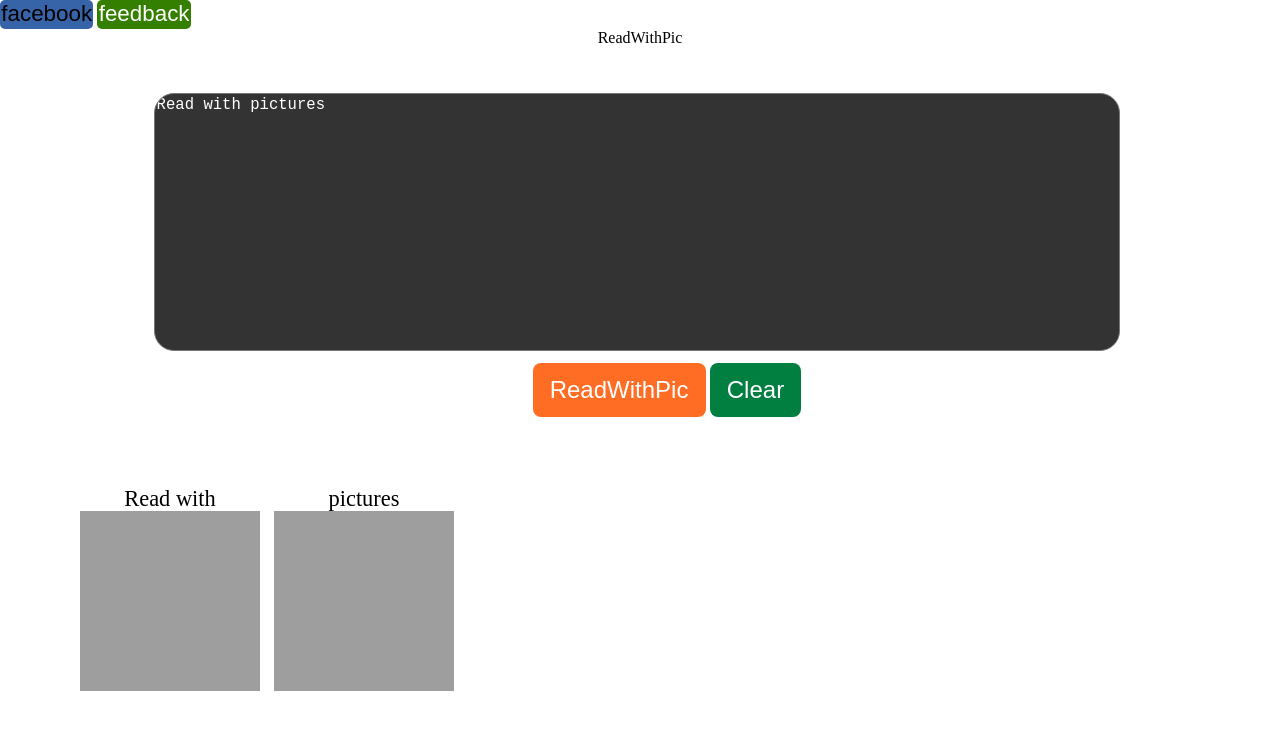
Repository: readwithpic/readwithpic.github.io
Page: index.html
The author's editor kept a record of every edit. The page is drawn from the files as they stood at one moment, then again after the next edit.
The browser window is 1280 px wide. The pictures show the whole page.
Pictures or frames that could not be fetched are drawn as grey boxes. Some web libraries are served in a nearby version.

Above is the page before.
Console error: TypeError: Cannot read properties of undefined (reading 'length')

### index.html
<!DOCTYPE html>
<html>
    <head>
        <meta charset="utf-8">
        <link rel="stylesheet" type="text/css" href="style.css" />
        <script src="https://ajax.googleapis.com/ajax/libs/jquery/2.1.3/jquery.min.js"></script>
        <script type="text/javascript" src="jscript.js"></script>
    </head>

    <body>
        <!-- <button type="button" id="feedback">Feedback</button>-->
        <!--Facebook Code-->
         <div class="social">
               <button type="button" class="facebook"><a href="http://readwithpic.github.io" class="bLink">facebook</a></button>
               <button type="button" class="feedback">feedback</button>
         </div>
        <div class="logo"><a href="http://readwithpic.github.io">ReadWithPic</a></div>
        <div id="textBox">
               <div>
                      <button type="button" id="roundB"><p class="msg">C..</p></button>
                      <button type="button" id="closeB"><p class="msg">X</p></button>
               </div>

                <div>
                    <textarea rows="10" cols="80" id="textInput" name="texthere">Read with pictures</textarea>
                </div>

                <div class="mainGroup">
                    <div class="group">
                        <div id="buttonSpin">
                            <div class="spinner">
                                <div class="bounce1"></div>
                                <div class="bounce2"></div>
                                <div class="bounce3"></div>
                            </div>
                        </div>
                         <button type="button" id="convert" >ReadWithPic</button>
                        <button type="button" id="clear">Clear</button>
                    </div>
                </div>
        </div>

        <div class="front">
            <ul>
                  <li class="showIt"><figure><img src="http://www.auburn.edu/academic/education/reading_genie/navig/read.gif" height=180 width=180>
                    <figcaption><p class='withPic'>Read with</p></figcaption></figure></li>
                      <li class="showIt"><figure><img src="https://pbs.twimg.com/profile_images/425063504039538688/sO0mRdKW.jpeg" height=180 width=180>
                    <figcaption><p class='withPic'>pictures</p></figcaption></figure></li>

            </ul>
        </div>
        <!--debug
          <button type="button" id="loadme">Load</button>
            <button type="button" id="debug">debug</button>
           -->
        <div id="display">
                 <ul>
                     <li id="listLoad">
                        <div id="loadingSpin">
                            <div class="spinner">
                                <div class="bounce1"></div>
                                <div class="bounce2"></div>
                                <div class="bounce3"></div>
                            </div>
                        </div>
                    </li>
                </ul>
            </div>
            <div><span id="sDebug"> </span><span id="what"></span></div>
    </body>
</html>

### style.css
html, body { height: 100%; width: 100%; margin: 0; }


.logo{
    text-align:center;
    cursor:hand;
}

.facebook{
   text-align:center;
   background-color: #3763A8;
   color: white;
   font-size: 1.4em;
   text-decoration: none;
   padding: 0.1% 0.1% ;
   border: none;
   border-radius:5px;
}


.facebook:hover{
    background-color:#3b5998;
}

.facebook:active{
    background-color:#3763A8;
}

.feedback{
   text-align:center;
   background-color: #357F00;
   color: white;
   font-size: 1.4em;
   text-decoration: none;
   padding: 0.1% 0.1% ;
   border: none;
   border-radius:5px;
}


.feedback:hover{
    background-color:#077F03;
}

.feedback:active{
    background-color:#357F00;
}



a:link {
    color:black;
    text-decoration: none;
}

a:visited {
    color:black;
    text-decoration: none;
}

a:hover {
    text-decoration: none;
}

a:active {
    text-decoration: none;

}

.fb-like{
    width:200px;
}

li {
    display: inline-block;
    text-align:center;
    height:250px;
    padding-left:-100px;
}

.showIt{
    display:inline-block;
}

img{
    margin-right:-70px;
    float:left;
    padding:0px 0px 0px 0px;
}

#searchbox {
    width:600px;
    height:200px;
}

p {
 display:inline;
}

.withPic{
    font-size:1.4em;
    position:relative;
    left:35px;
    top:-205px;
    z-index:-1;
}
.onlyText{
 margin-left:4px;
}

#sDebug{
    background-color:brown;
}

#what{
    background-color:red;
}

/*half page div box */
#textBox{
  position:absolute;
  width:100%;
  height:50%;
}

textarea{
    -webkit-overflow-scrolling: touch;
}

#textInput{
    color:white;
    font-size:1.2em;
    position:absolute;
    display:block;
    resize:none;
    top:13%;
    left:12%;
    width:75%;
    height:70%;
    background-color:#333333;
    -moz-border-radius: 10px;
    -webkit-border-radius: 10px;
    border-radius: 20px;

}

#textInput:focus{
  border-color: #FF6C24;
  outline:none;
}

.front{
    position:relative;
    top:60%;
}

.mainGroup {
    float:left;
    position:relative;
    top:88%;
    left:50%;
}

.group {
    width:215px;
    float:left;
    position:relative;
    left:-50%;
}


#convert  {
    display:inline-block;
    text-align:center;
    background-color: #FF6C24;
   -webkit-border-radius: 8px;
    -moz-border-radius: 8px;
    border-radius: 8px;
     color: white;
   font-size: 1.5em;
   text-decoration: none;
   padding: 6% 8% ;
   border: none;
   }

#convert:hover{
    background-color:#E55900;
}

#convert:active {
   background-color: #993D00;
   }

#convert:disabled{
background-color:#FFAA70;
}

#buttonSpin{
    position:absolute;
    margin-top:10%;
    margin-left:28%;
    display:none;
}

#clear{
    position:absolute;
    margin-left:4px;
    text-align:center;
    background-color: #007F41;
   -webkit-border-radius: 8px;
    -moz-border-radius: 8px;
    border-radius: 8px;
   color: white;
   font-size: 1.5em;
   text-decoration: none;
   padding: 6% 8% ;
   border: none;
   }

#clear:hover {
   background-color:  #00683B;
   }


#clear:active {
   background-color: #007F41;
   }

#roundB{
  position:fixed;
  top:1.5%;
  right:5%;
  width:50px;
  height:50px;
  background-color: #FF6C24;
  border-radius:50%;
  border: none;
  text-align:center;
  font-size:2em;
  color:white;
  display:none;
}

#roundB:hover{
    background-color:#E55900;
}
#roundB:active {
   background-color: #FF6C24;
   }


#closeB{
  position:fixed;
  top:1.5%;
  right:5%;
  width:50px;
  height:50px;
  background-color:#FF4024;
  border-radius:50%;
  border: none;
  text-align:center;
  font-size:2em;
  display:none;
}

#closeB:hover{
    background-color:#B20A00;
}
#closeB:active {
   background-color:#FF4024;
   }

/* Loading */
#listLoad{
  position:relative;
  width:180px;
  height:180px;
  display:none;
}

#loadingSpin{
    position:absolute;
    top:77px;
    left:67px;
    z-index:-2;
}


spinner {
  margin-left:100px;
  width: 70px;
  text-align: center;
}

.spinner > div {
  width: 15px;
  height: 15px;
  background-color: #333;
  border-radius: 100%;
  display: inline-block;
  -webkit-animation: bouncedelay 1.4s infinite ease-in-out;
  animation: bouncedelay 1.4s infinite ease-in-out;
  /* Prevent first frame from flickering when animation starts */
  -webkit-animation-fill-mode: both;
  animation-fill-mode: both;
}

.spinner .bounce1 {
  -webkit-animation-delay: -0.32s;
  animation-delay: -0.32s;
}

.spinner .bounce2 {
  -webkit-animation-delay: -0.16s;
  animation-delay: -0.16s;
}

/* loading end */

@-webkit-keyframes bouncedelay {
  0%, 80%, 100% { -webkit-transform: scale(0.0) }
  40% { -webkit-transform: scale(1.0) }
}

@keyframes bouncedelay {
  0%, 80%, 100% {
    transform: scale(0.0);
    -webkit-transform: scale(0.0);
  } 40% {
    transform: scale(1.0);
    -webkit-transform: scale(1.0);
  }
}

### jscript.js
var link = new Array();
var link2 = new Array();
var k, j, i, userInput, cleanSent, search, h, startNum, constantV, calNum;
var filterWords = ["is", "are", "all", "another", "any", "anybody", "anyone", "anything", "botheach", "each", "other", "either", "everybody", "everyone", "everything", "few", "he", "her", "hers", "herself", "him", "himself", "his", "it", "its", "itself", "many", "me", "mine", "more", "most", "much", "myself", "neither", "no", "one", "nobody", "none", "nothing", "another", "other", "others", "ours", "ourselves", "several", "she", "some", "somebody", "someone", "something", "their", "theirs", "them", "themselves", "these", "they", "this", "those", "us", "we", "what", "whatever", "which", "whichever", "who", "whoever", "whom", "whomever", "whose", "you", "your", "yours", "yourself", "yourselves", "that", "it's", "time", "person", "year", "way", "day", "thing", "man", "world", "life", "hand", "part", "child", "eye", "woman", "place", "work", "week", "case", "point", "government", "company", "number", "group", "problem", "fact", "be", "have", "do", "say", "get", "make", "go", "know", "take", "see", "come", "think", "look", "want", "give", "use", "find", "tell", "ask", "work", "seem", "feel", "try", "leave", "call", "good", "new", "first", "last", "long", "great", "little", "own", "other", "old", "right", "big", "high", "different", "small", "large", "next", "early", "young", "important", "few", "public", "bad", "same", "able", "to", "of", "in", "for", "on", "with", "at", "by", "from", "up", "about", "into", "over", "after", "beneath", "under", "above", "the", "and", "a", "that", "", "it", "not", "he", "as", "you", "this", "but", "his", "they", "her", "she", "or", "an", "will", "my", "one", "all", "would", "there", "their", "aboard", "about", "above", "across", "after", "against", "along", "amid", "among", "around", "as", "at", "before", "behind", "below", "beneath", "beside", "besides", "between", "beyond", "but", "by", "concerning", "considering", "despite", "down", "during", "except", "excepting", "excluding", "following", "for", "from", "in", "inside", "into", "like", "minus", "near", "of", "off", "on", "onto", "opposite", "outside", "over", "past", "per", "plus", "regarding", "round", "save", "since", "than", "through", "to", "toward", "towards", "under", "underneath", "unlike", "until", "up", "upon", "versus", "via", "with", "within", "without"];
var lastList, textInput, myScroll, loadList, count;
var $win, $doc, $list, $textArea, $roundB, $closeB,$buttonSpin;
//facebook

$(document).ready(function () {
    $list = $('li');
    textInput = $('#textInput');
    loadList = $('#listLoad');
    $win = $(window);
    $doc = $(document);
    $textArea = $('textarea');
    $roundB = $('#roundB');
    $closeB = $('#closeB');
    $buttonSpin=$('#buttonSpin');
    //$textArea.val("Read with pictures");
    $textArea.keyup(function () {
        if ($(this).val() && $('li').length > 1) {
            $('#convert').removeAttr('disabled');
        } else {
            $('#convert').attr('disabled', 'disabled');
        }
    });

    $('#convert').click(function () {
        //to avoid rapid click
        $('#convert').attr('disabled', 'disabled');
        $('.front').remove();
        //textarea control
        if (textInput.height() > 350) {
            $('#textInput').fadeOut('fast');
            $('.mainGroup').fadeOut('fast');
            $closeB.hide();
        } else {
            $('#textInput').slideUp('fast');
            $('.mainGroup').fadeOut('fast');
        }

        //grab appened list class showIt
        $('li').remove();
        //$(li).remove() removes everyting so loading is appeneded at first
        $('#display ul').append(loadList);
        //display loading
        loadList.show();
        //display round button
        $roundB.show('fast');
        $buttonSpin.show();
        count = 0;
        h = 0;
        j = 0;
        myScroll = 0;
        // default number of search images to be loaded at first
        startNum = 30;
        //constantV is assigned to calNum to load given number consistant images after each scroll
        calNum = startNum;
        link.length = 0;
        link2.length = 0;
        $('#what').empty();
        $('.onlyText').remove();
        userInput = $('textarea[name=texthere]').val();
        cleanSent = userInput.replace(/\s+/g, ' ');
        search = cleanSent.split(" ");
        callAjax(search[j]);
    });

    $('#clear').click(function () {
        $textArea.val('');
    });

    $('#roundB').click(function () {
        //display textBox at the middle of screen.
        $('#textInput').css({
            'position': 'fixed',
                'top': '11%',
                'left': '9%',
                'width': '80%',
                'height': '70%'
        });
        $('.mainGroup').css({
            'position': 'fixed',
                'top': '82%'
        });
        $('#textInput').fadeIn('fast');
        $('.mainGroup').fadeIn('fast');
        $('#closeB').show();
        $(this).hide();
    });

    //close button
    $('#closeB').click(function () {
        $('#textInput').fadeOut('fast');
        $('.mainGroup').fadeOut('fast');
        $roundB.show();
        $(this).hide();
    });

    $win.resize(function () {
        // load the rest of screen if the user reduce the zoom less than 100%
        if (lastList.offset().top < $win.height() && myScroll === 1) {
            myScroll = 1;
            $win.scroll();
        }
    });

    $win.scroll(function () {
        if ($win.scrollTop() + $win.height() > $doc.height() - $doc.height() / 4 && myScroll === 1 && j < search.length) {
            h = 0;
            //To reuse same Array link2
            link.length = 0;
            link2.length = 0;
            //load number of images after each scroll
            constantV = 10;
            //reintalize the calNum to display given constant number of images accross the screen
            calNum += constantV;
            callAjax(search[j]);
            myScroll = 0;
        } else if (j === search.length) {
            loadList.hide();
        }
    });

    //dubugging zone
    $('#debug').click(function () {
        $('#sDebug').append('<br>' + "Linklength1 : " + link.length + '<br>');
        $('#sDebug').append("Linklength2 : " + link2.length + '<br>');
        $("#sDebug").append("dubug j value :" + j + '<br>');
        $('#sDebug').append("dubug i value:" + i + '<br>');
        $('#sDebug').append("dubug count value:" + count + '<br>');
        $('#sDebug').append("dubug k value:" + k + '<br>');
    });
});

function callAjax(index) {
    var look = new URL('https://ajax.googleapis.com/ajax/services/search/images?v=1.0&q=' + index + '&callback=?');
    $.ajax({
        url: look,
        dataType: 'json',
        success: function (data) {
            if (data.responseData.results.length === 0) {
                if (j < startNum) {
                    link[j] = "http://upload.wikimedia.org/wikipedia/commons/9/98/MA_Route_blank.svg";
                    j++;
                } else {
                    link2[h] = "http://upload.wikimedia.org/wikipedia/commons/9/98/MA_Route_blank.svg";
                    j++;
                    h++;
                }
            } else {
                if (j < startNum) {
                    link[j] = data.responseData.results[0].url;
                    j++;
                } else {
                    link2[h] = data.responseData.results[0].url;
                    j++;
                    h++;
                }
            }
            //checked against the calNum to make sure it doesn't load images more then startNum(default number of images to be load at first)
            if (j < search.length && j < calNum) {
                callAjax(search[j]);
            } else {
                show();
            }
        }
    });
}

//function do display first 30 words
function show() {
    var loopNum;
    i = 0;
    //slideUp or fadeOut the textarea and button
    if (count === 0) {
        for (i; i < j; i++) {
            // $('#what').append( 'firstIvalue: ' + i);
            //indexOf(search[j]) returns -1 if the value is not present inside array search[j];
            //check if search[j] is not the first html list element
            if (filterWords.indexOf(search[i]) !== -1 && $list.length > 0) {
                $('.withPic').last().append('<p class=onlyText>' + search[i] + '</p>');
            } else {
                $('#display ul').append('<li class="showIt">' + '<figure>' + '<img src="' + link[i] + '" height=180 width=180>' +
                    '<figcaption>' + '<p class=withPic>' + search[i] + '</p>' + '</figcaption>' + '</figure>' + '</li>');
            }
        }
        $buttonSpin.hide();
        //get the last list edlement
        lastList = $('li:last').attr('class', 'showIt');

        //always put the loading at the last element
        $('#display ul').append(loadList);
        //disable this for loop
        count = 1;
        //initiate scroll
        myScroll = 1;
        //for bigger bigger resolution or screen to load more list element than intiated max startNum value
        if (lastList.offset().top < $win.height()) {
            $win.scroll();
        }

    } else {
        k = 0;
        //to run the loop if the value of constantV is less then link2.length.
        if (link2.length < constantV) {
            i = j - link2.length;
            loopNum = i + link2.length;
            //$('#what').append('<br>' + 'insideLOOPNUM: ' + loopNum);
            //Once value of j arrives here it'll be orginal value + constantV because callAjax function have already run twice
        } else {
            i = j - constantV;
            loopNum = i + constantV;
        }
        for (i; i < loopNum; i++) {
            //indexOf(search[j]) returns -1 if the value is not present inside array search[j];
            //check if search[j] is not the first html list element
            if (filterWords.indexOf(search[i]) !== -1 && $list.length > 0) {
                $('.withPic').last().append('<p class=onlyText>' + search[i] + '</p>');
            } else {
                $('#display ul').append('<li class="showIt">' + '<figure>' + '<img src="' + link2[k] + '" height=180 width=180>' +
                    '<figcaption>' + '<p class=withPic>' + search[i] + '</p>' + '</figcaption>' + '</figure>' + '</li>');
            }
            k++;
            //for debug purposes
            // $('#what').append('<br>' + 'insideIvalue: ' + i);
            // $('#what').append('<br>' + 'insideKvalue: ' + k);
            // $('#what').append('<br>' + 'insideJvalue: ' + j);
        }
        $('#display ul').append(loadList);
        myScroll = 1;
        if (lastList.offset().top < $win.height()) {
            $win.scroll();
        }
    }
}

After the next edit:
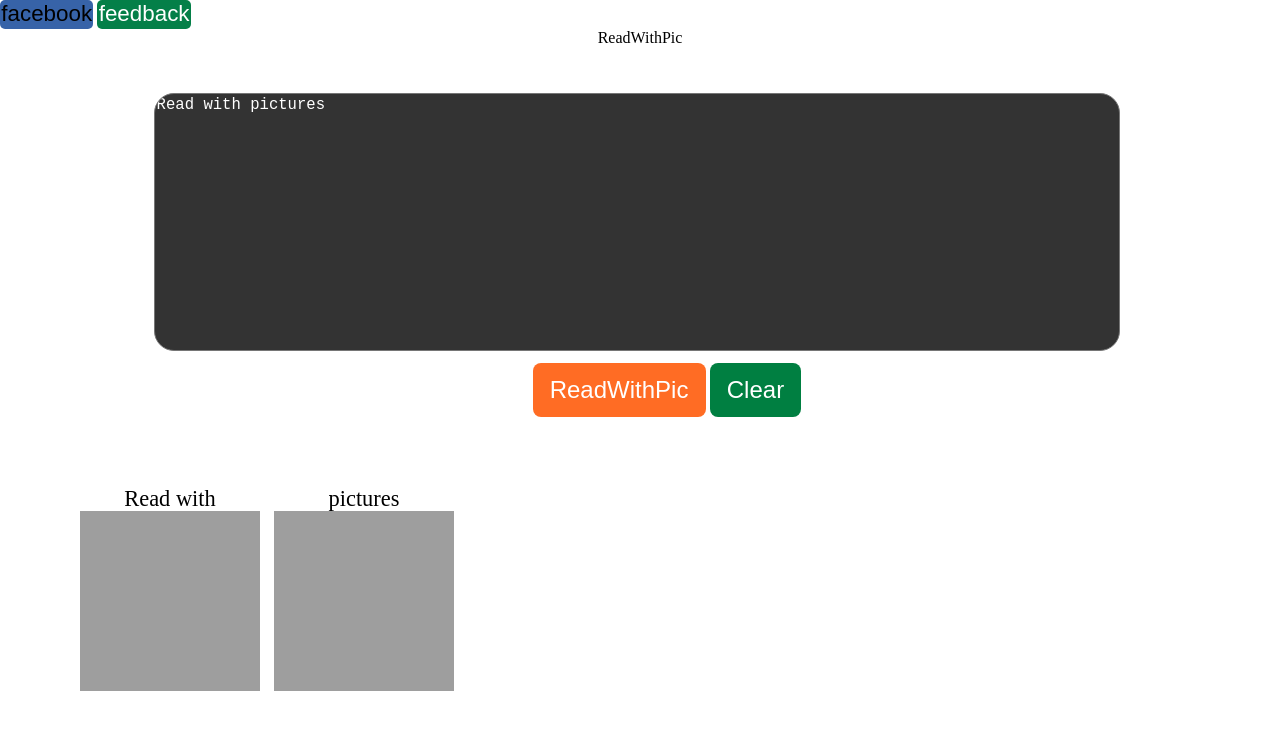
The edit:
--- a/style.css
+++ b/style.css
@@ -28,7 +28,7 @@
 
 .feedback{
    text-align:center;
-   background-color: #357F00;
+   background-color: #047F48;
    color: white;
    font-size: 1.4em;
    text-decoration: none;
